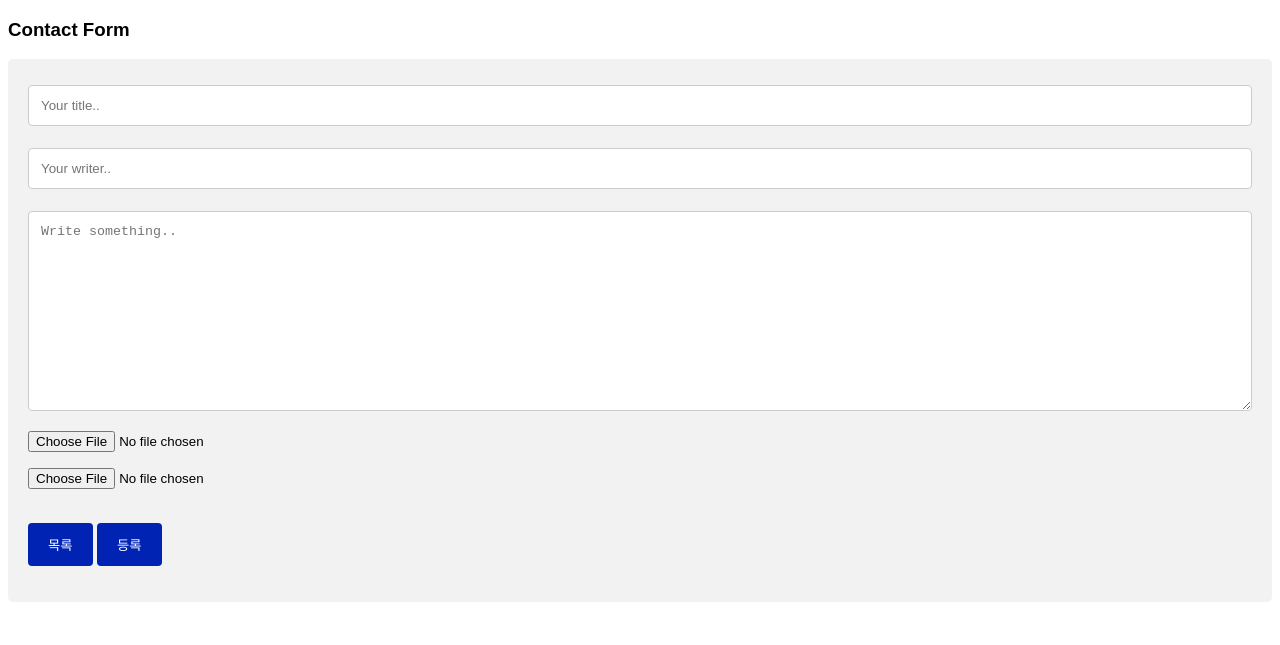
Repository: darae729/Project_shop
Page: http://localhost/SpringApp/gallery/registform
These files come from the project's save history. The page is drawn as it stood at one moment and after the next save; the edit follows.
The browser window is 1280 px wide. The pictures show the whole page.
The page is served by Tomcat 9.

Above is the page before, as saved 2023-09-06 04:49:09.

After the next save:
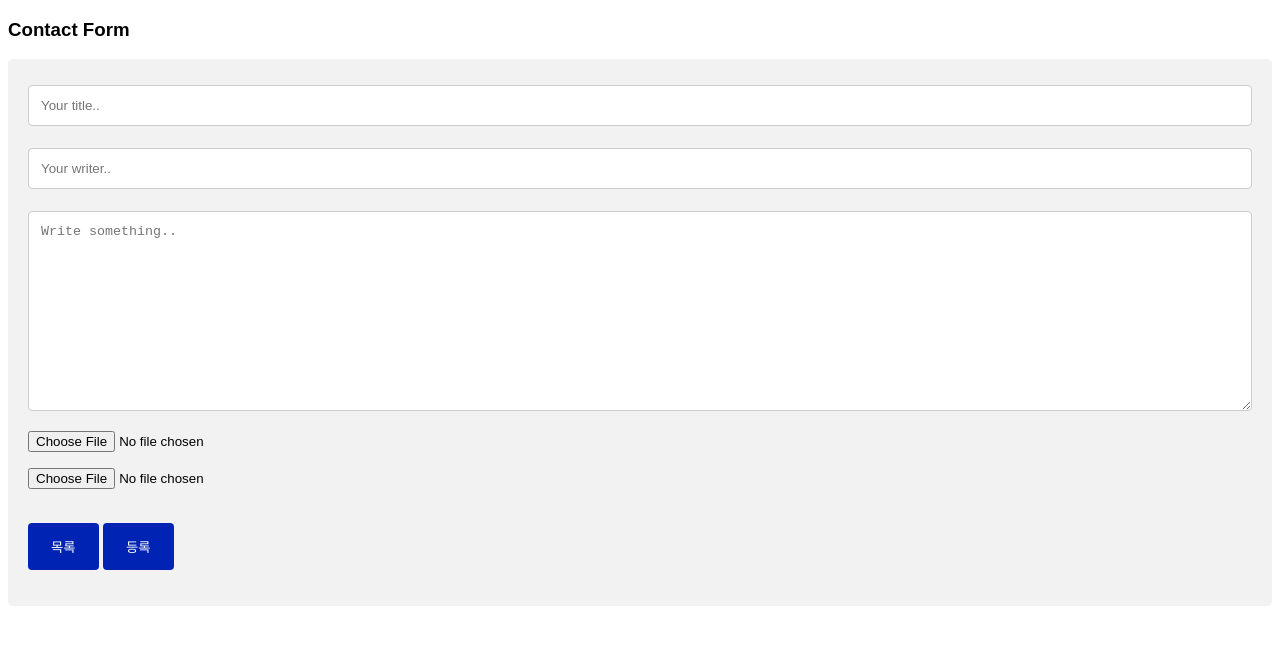
Saved 9 s later.
--- a/SpringApp/src/main/webapp/WEB-INF/views/gallery/regist.jsp
+++ b/SpringApp/src/main/webapp/WEB-INF/views/gallery/regist.jsp
@@ -22,7 +22,7 @@ input[type=text], select, textarea {
 input[type=button] {
   background-color: #0123b4;
   color: white;
-  padding: 12px 20px;
+  padding: 14px 23px;
   border: none;
   border-radius: 4px;
   cursor: pointer;
